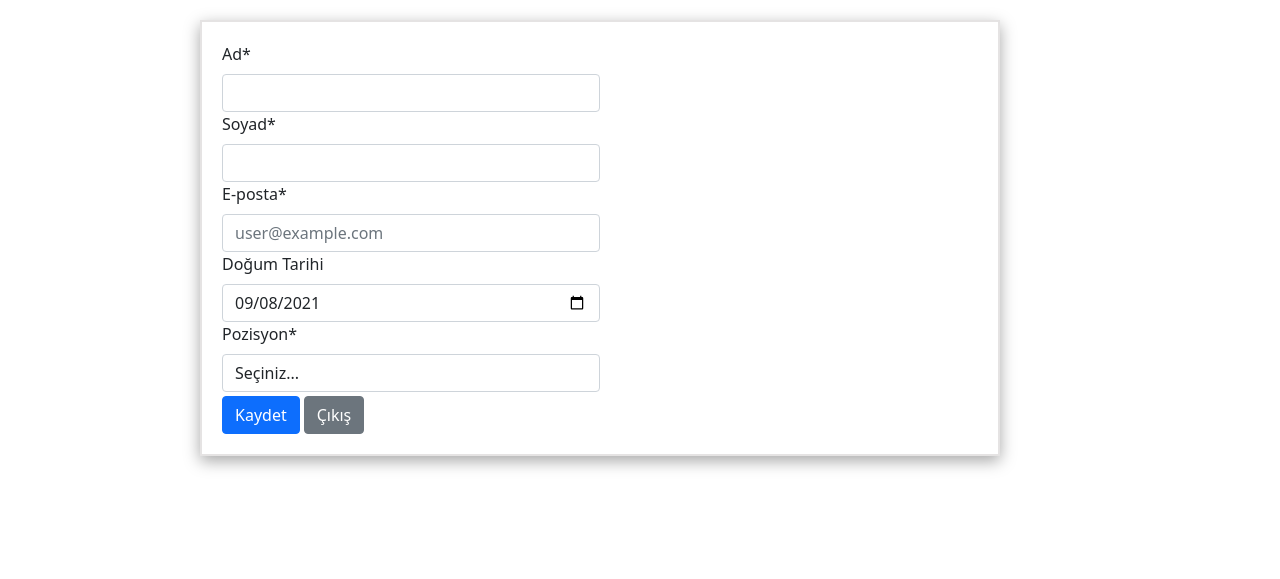
Repository: okankrdg/ReactCoreCRUD
Page: /employee/create (app in ReactCoreCRUD.Web/client/)
The author's editor kept a copy of each file at every save. The page is drawn from the files as they stood at one save, then again after the next save.
The browser window is 1280 px wide. The pictures show the whole page.
The page's requests for data from a server got no answer. The project was rebuilt for these pictures with package versions that can differ from the ones it lists, and the page was loaded fresh each time. No one was signed in, and anything a server would have sent is missing. Also part of the build but not shown: ReactCoreCRUD.Web/client/src/pages/Employee/index.tsx, ReactCoreCRUD.Web/client/src/pages/Exception/index.tsx.

Above is the page before, as saved 2021-10-10 22:14:39.

After the next save:
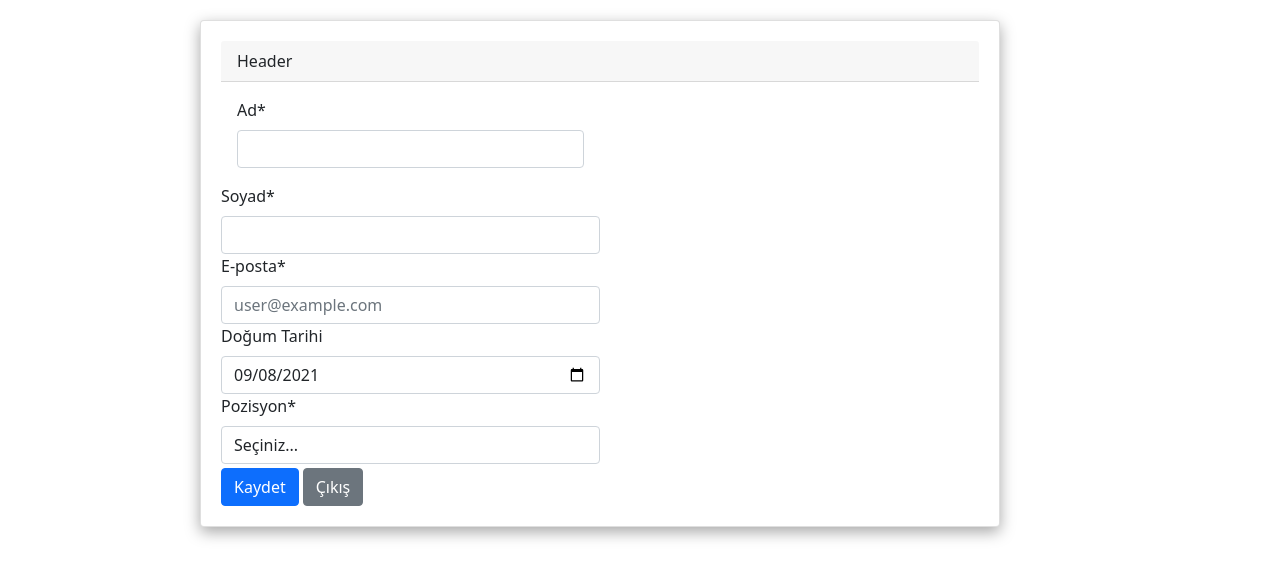
Saved 101 s later.
--- a/ReactCoreCRUD.Web/client/src/pages/Employee/createOrEdit.tsx
+++ b/ReactCoreCRUD.Web/client/src/pages/Employee/createOrEdit.tsx
@@ -126,8 +126,9 @@ const CreateOrEdit = () => {
     }
   };
   return (
-    <div className="employeeForm col-md-8">
-      <div className="col-md-6">
+    <div className="card employeeForm col-md-8">
+      <div className="card-header">Header</div>
+      <div className="card-body col-md-6">
         <label className="form-label">Ad*</label>
         <input
           type="text"
